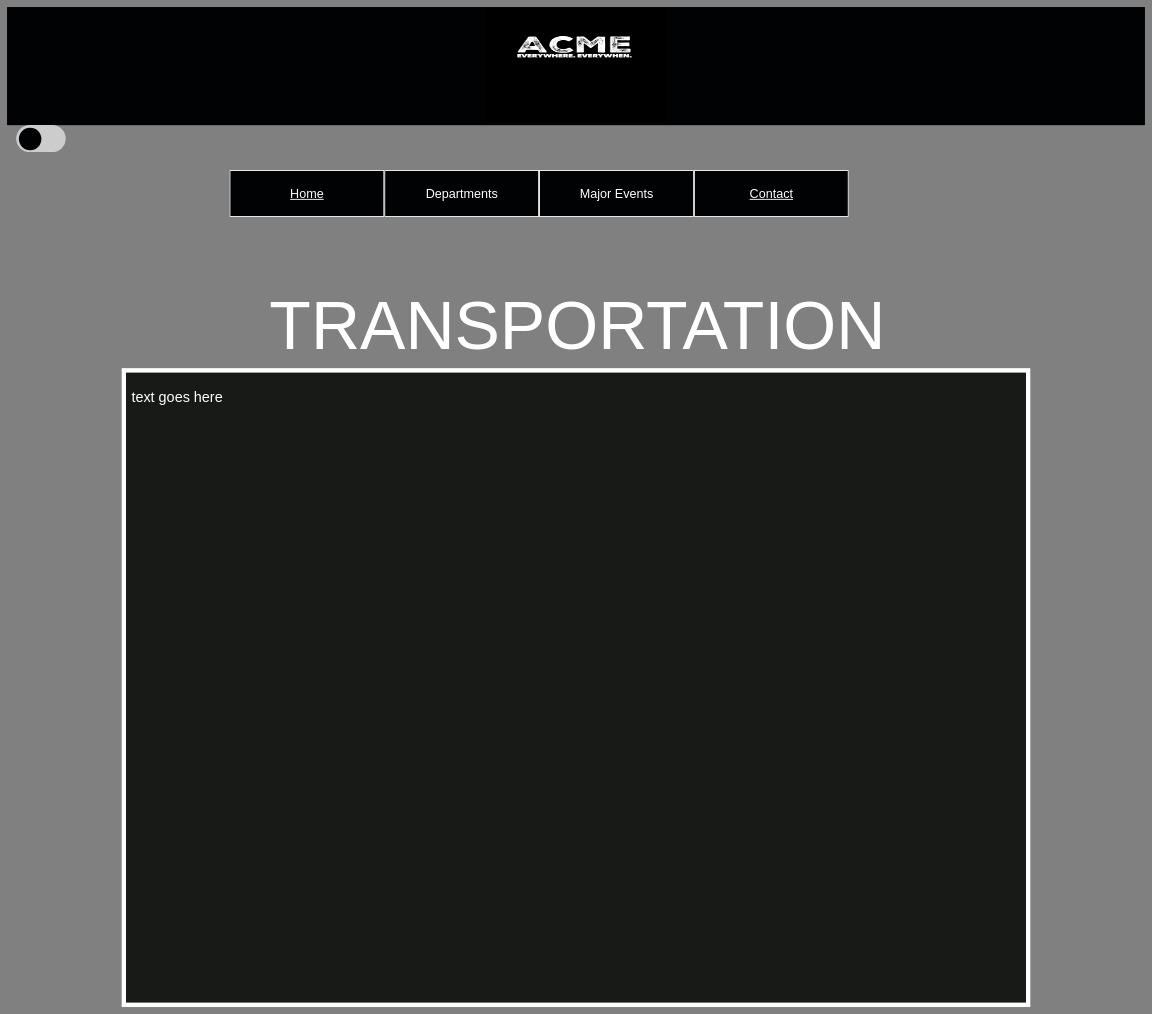
Repository: omega7379/omega7379.github.io
Page: transportation.html
An editor plug-in stored every save of this project. The page is shown before and after the next save, followed by the edit.
The browser window is 1280 px wide. The pictures show the whole page, at 90% of full size.

Above is the page before, as saved 2022-06-24 10:57:18.

### transportation.html
<!--created by Josip Bailey
Created 250122, Last Update 240622-->
<!DOCTYPE html>
<html lang="en">
    <body class="background">
        <header>
            <head>
                <!--meta data-->
                <meta charset="UTF-8">
                <meta http-equiv="X-UA-Compatible" content="IE=edge">
                <meta name="viewport" content="width=device-width, initial-scale=1.0">

                <!--tab title-->
                <title>ACME TIKTOK</title>
                <link rel="icon" href="acmeanvil.png">

                <!--import css-->
                <link id = "theme" rel="stylesheet" type="text/css" href="acmeStyleGuideDark.css">
            </head>

            <div class="top">
                <img src="acmelogo.png" alt="Homescreen Logo" width="200" height="125">
            </div>

        </header>
        <!--main scetion-->
        <main>
            <!--create toggle button to adjust switch colour-scheme-->
            <span class="toggle">
                <label class="switch" onclick="toggleTheme()">
                    <input type="checkbox">
                    <span class="slider"></span>
                </label>
            </span>

            <!--dropdown menu-->
            <div class="wrapper">
                <ul>
                    <li><a href="home.html">Home</a></li>
                    <li>Departments
                        <ul>
                            <li>Support
                                <ul>
                                    <li><a href="villianSupport.html">Villian Support</a></li>
                                    <li><a href="heroSupport.html">Hero Support</a></li>
                                    <li><a href="sidekickSupport.html">Sidekick Support</a></li>
                                    <li><a href="antiheroSupport.html">Antihero Support</a></li>
                                    <li><a href="memberSolutions.html">Member Solutions</a></li>
                                    <li><a href="itSupport.html">IT Support</a></li>
                                </ul>
                            </li>
                            <li>Corporate
                                <ul>
                                    <li><a href="corporate.html">Corporate</a></li>
                                    <li><a href="legal.html">Legal</a></li>
                                    <li><a href="collections.html">Collections</a></li>
                                    <li><a href="buildCrew.html">Build Crew</a></li>
                                    <li><a href="marketing.html">Marketing</a></li>
                                    <li><a href="communications.html">Communications</li>
                                    <li><a href="letters.html">Letters</a></li>
                                    <li><a href="humanResources.html">Human Resources</a></li>
                                    <li><a href="transportation.html">Transportation</a></li>
                                    <li><a href="publicRelations.html">Public Relations</a></li>
                                    <li><a href="evidenceDisposal.html">Evidence Disposal</a></li>
                                </ul>
                            </li>
                        </ul>
                    </li>
                    <li>Major Events
                        <ul>
                            <li><a href="borg.html">Borg Attack</a></li>
                            <li><a href="ork.html">Ork Invasion</a></li>
                            <li><a href="councilWar.html">Council War</a></li>
                            <li><a href="timeKeepers.html">Time Keepers</a></li>
                            <li><a href="TerryEscape.html">Terry's Escape</a></li>
                            <li><a href="hacked.html">The Hacker</a></li>
                        </ul>
                    </li>
                    <li><a href="contact.html">Contact</a></li>
                </ul>
            </div>
        </br></br></br>
            <div class="title">
                <p>TRANSPORTATION</p>
            </div>
            <!--main table holding the contents of the page-->
            <div class="contentTable">
                <table>
                    <tr><td>
                        <!--contents of page go here-->
                        <p>
                            text goes here
                        </p>
                    </tr></td>
                </table>
            </div>
        </main>
        <script type="text/javascript" src="acmejs.js"></script>
    </body>
</html>

### acmeStyleGuideDark.css
/*CSS webpage dark mode ACME, created by Josip Bailey
created 170122, last update 170622*/

/*header styling applying black to expand image without stretching*/
div.top {
    border: 1px solid #010203;
    background-color: #010203;
    text-align: center;
    align-content: center;
}
.title{
    font-size: 2cm;
    margin: auto;
    text-align: center;
    align-content: center;
}

/*start of the toggle button might delete*/
div.toggle{
    position: absolute;
    top: 50%;
    left:50%;
    transform: translate(-50%,-50%);
    text-align: left;
}
.switch{
    position: relative;
    display: inline-block;
    width: 55px;
    height: 30px;
    margin: 0 10px;

}
.slider{
    position: absolute;
    cursor: pointer;
    top: 0;
    left: 0;
    right: 0;
    bottom: 0;
    background-color: #ccc;
    transition: 0.4s;
    border-radius: 18px;
}
.switch input {display: none;}
.slider:before{
    position: absolute;
    content:"";
    height: 25px;
    width: 25px;
    left: 2.5px;
    bottom: 2.5px;
    background-color: #010203;
    transition: 0.4s;
    border-radius: 25px;
}
input:checked + .slider{
    background-color: #ccc;
}

input:checked + .slider:before{
    transform: translateX(25px);
}
/*end of button styling*/

/*background*/
.background{
    background-color: grey;
}

/*adjust text*/
p{
    margin-bottom: 4px;
    margin-left: 3px;
    font-family: Arial, Helvetica, sans-serif;
    color: white;
}
.chapter{
    margin-bottom: 8px;
    font-family: Arial, Helvetica, sans-serif;
    color: white;
    font-size: 1cm;
    text-align: center;
}

/*contentTable styling*/
.contentTable{
    border: 5px solid white;
    background-color: #181A18;
    max-width: 1000px;
    margin: auto;
    height: 700px;
    overflow: scroll;
}
.contentTablePDF{
    border: 5px solid white;
    /*background-color: #181A18;*/
    max-width: 1000px;
    margin: auto;
    height: 700px;
}
::-webkit-scrollbar{
    width: 12px;
    height: 12px;
}
::-webkit-scrollbar-thumb {
    background: white;
    border-radius: 10px;
}
::-webkit-scrollbar-thumb:hover {
    background: crimson;
}

/*drop down menu*/
.wrapper{
    width: 850px;
    margin: auto;
}
.wrapper ul{
    list-style: none;
    margin-top: 5px;
}
.wrapper ul li{
    background: #010203;
    width: 170px;
    border: 1px solid white;
    height: 50px;
    line-height: 50px;
    text-align: center;
    float: left;
    color: white;
    font-size: 14px;
    position: relative;
    font-family: Arial, Helvetica, sans-serif;
}
.wrapper ul ul{
    display: none;
}
.wrapper ul li:hover{
    background: crimson;
}
/*not broken, just a FEATURE*/
.wrapper ul li:hover > ul{/*messing with padding here to increase mouse accuracy and drop alignment*/
    display: block;
    margin: 0 0 -10em -2em;
    padding: 0 0 -2em 2em;
    z-index: 1;
    position: relative;
}
.wrapper ul ul ul{
    margin-left: 136px;
    top: 0;
    position: absolute;
}
/*adjust hyperlink colours*/
a:link{
    color: white;
}
a:visited{
    color: white;
}
a:hover{
    color: black;
}

### acmejs.js
/*enable switch for css pages-->*/
function toggleTheme(){
    var theme = document.getElementsByTagName('link')[0];
    if (theme.getAttribute('href') == 'acmeStyleGuideDark.css'){
        theme.setAttribute('href', 'acmeStyleGuideLight.css');
    }
    else {
        theme.setAttribute('href', 'acmeStyleGuideDark.css');
    }
}

After the next save:
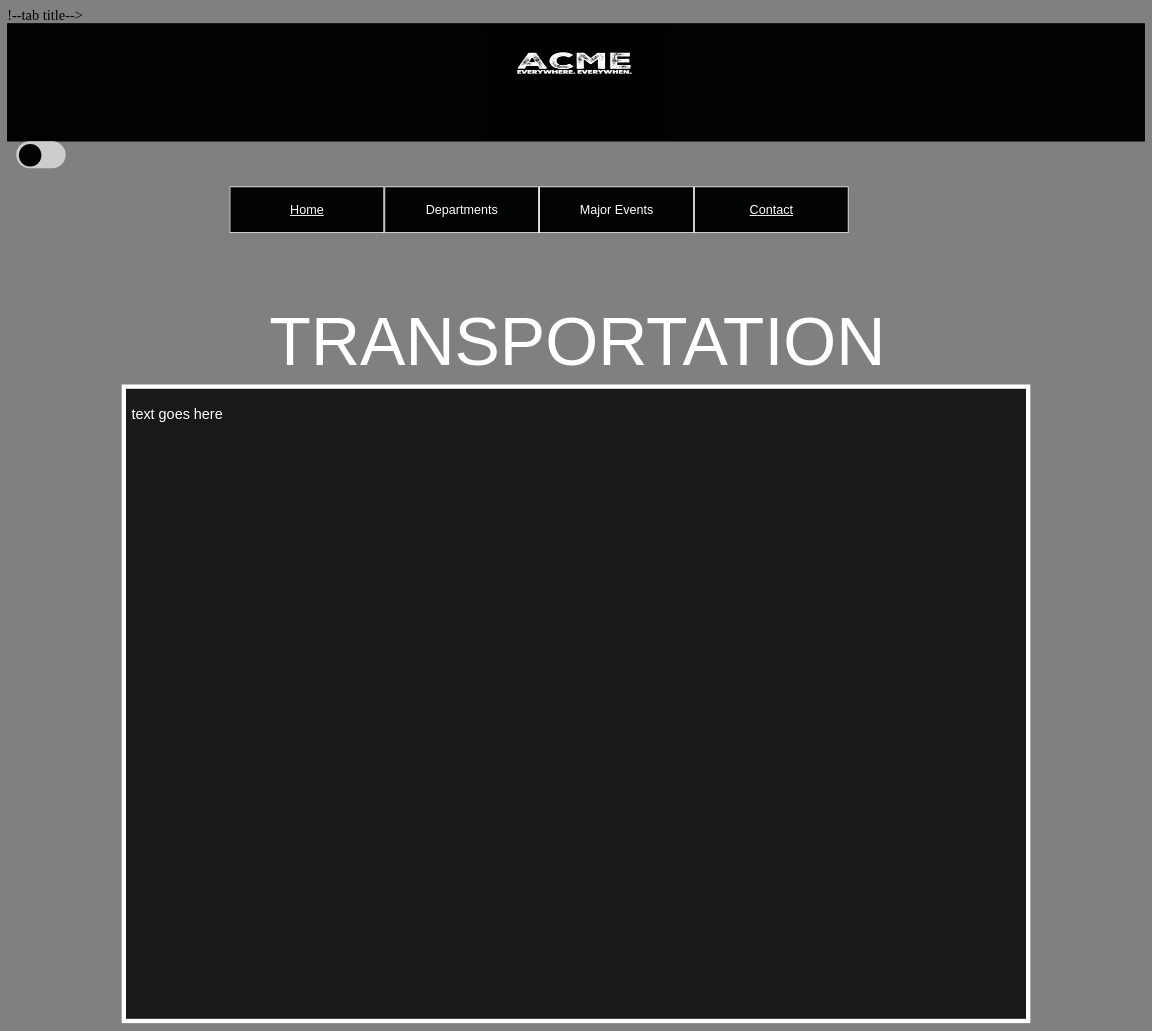
Saved 7 s later.
--- a/transportation.html
+++ b/transportation.html
@@ -5,12 +5,7 @@
     <body class="background">
         <header>
             <head>
-                <!--meta data-->
-                <meta charset="UTF-8">
-                <meta http-equiv="X-UA-Compatible" content="IE=edge">
-                <meta name="viewport" content="width=device-width, initial-scale=1.0">
-
-                <!--tab title-->
+ !--tab title-->
                 <title>ACME TIKTOK</title>
                 <link rel="icon" href="acmeanvil.png">
 

After the 2 saves that followed:
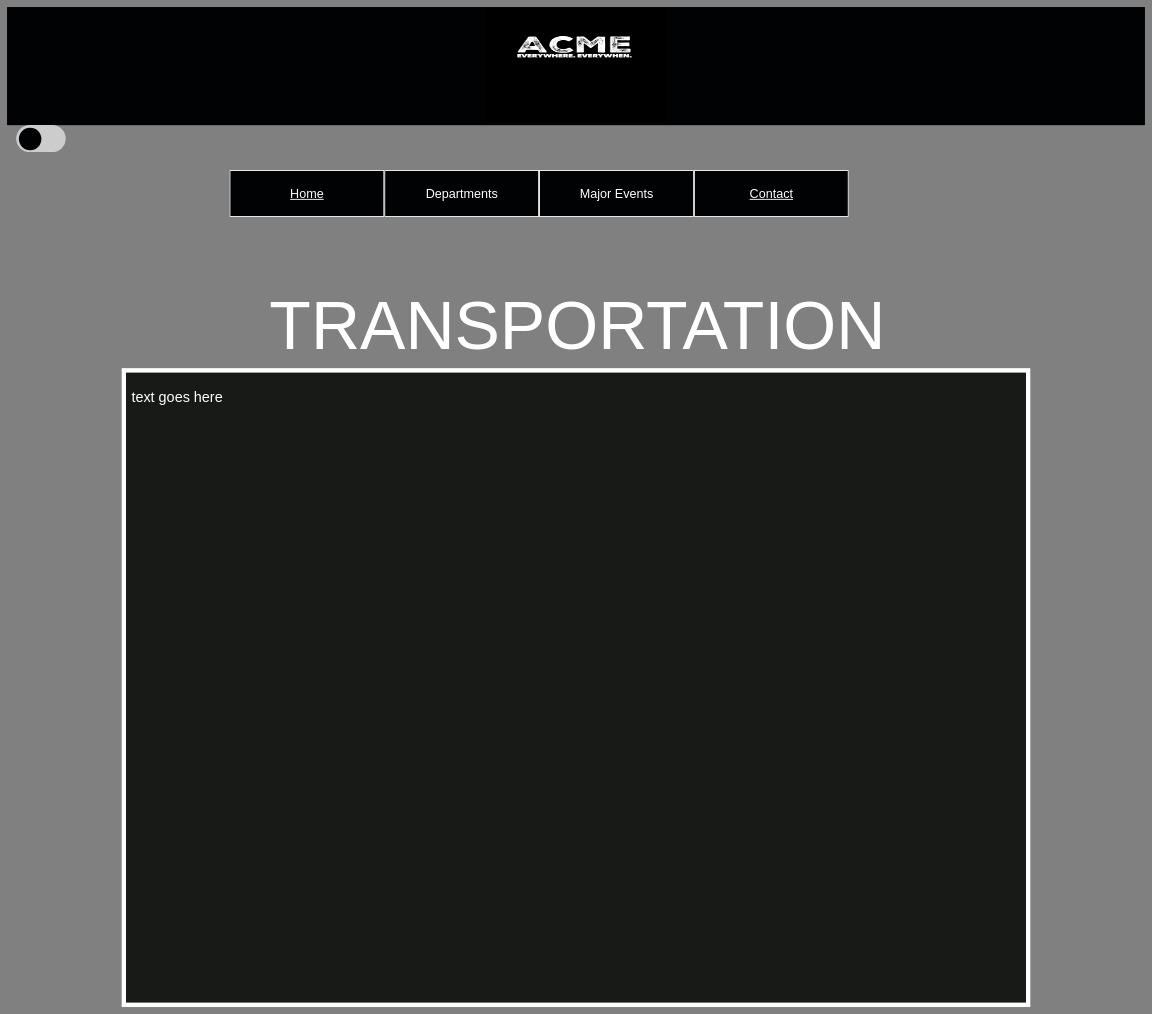
The 2 saves are shown as one change because they came seconds apart.
The last was saved 6 s later.
--- a/transportation.html
+++ b/transportation.html
@@ -5,7 +5,7 @@
     <body class="background">
         <header>
             <head>
- !--tab title-->
+                <!--tab title-->
                 <title>ACME TIKTOK</title>
                 <link rel="icon" href="acmeanvil.png">
 
